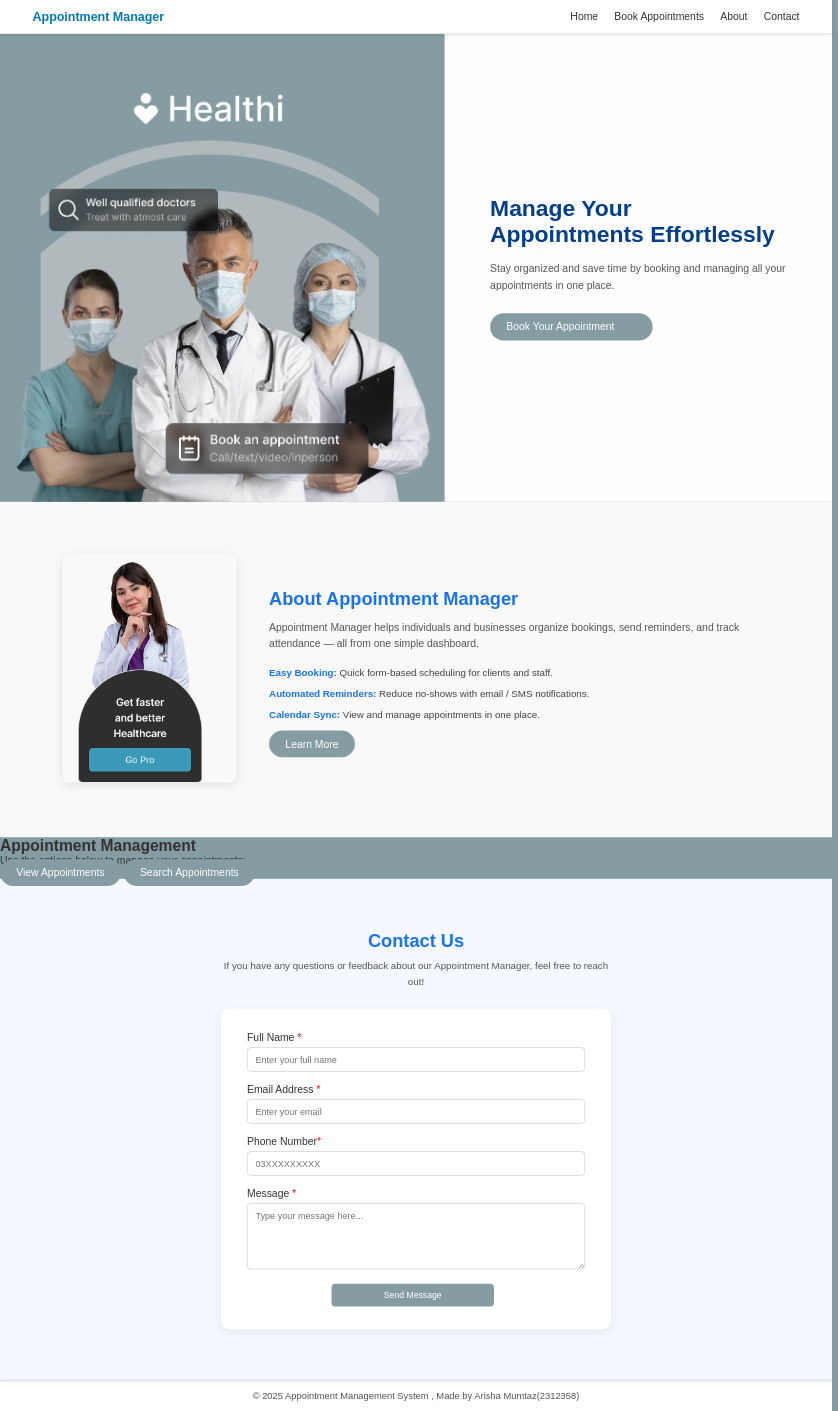
Repository: Arisha004/Hospital-Appointment-Management-System
Page: landingpage.html
The author's editor kept a copy of each file at every save. The page is drawn from the files as they stood at one save, then again after the next save.
The browser window is 1280 px wide. The page is 1280 px wide, then 1290 px, then 1280 px, so the pictures cover 1290 px, including what lies to the right of the window. The pictures show the whole page, at 65% of full size.

Above is the page before, as saved 2025-10-24 15:33:32.

### landingpage.html
<!DOCTYPE html>
<html lang="en">
<head>
  <meta charset="UTF-8">
  <meta name="viewport" content="width=device-width, initial-scale=1.0">
  <title>Appointment Management System</title>
  <link rel="stylesheet" href="style.css">
</head>
<body>
  <header class="navbar">
    <div class="logo">Appointment Manager</div>
    <nav>
      <ul>
        <li><a href="#">Home</a></li>
        <li><a href="index.php">Book Appointments</a></li>
        <li><a href="#about">About</a></li>
        <li><a href="#contact">Contact</a></li>
      </ul>
    </nav>
  </header>


  <section class="landing">
      <div class="right"></div>
    <div class="left">
      <h1>Manage Your Appointments Effortlessly</h1>
      <p>Stay organized and save time by booking and managing all your appointments in one place.</p>
      <a href="index.php" class="btn">Book Your Appointment</a>
    </div>

  </section>
  </section>


  <section id="about" class="about">
    <div class="container about-inner">
      <div class="about-image" aria-hidden="true">

        <img src="images/pic2.png" alt="" />
      </div>
      <div class="about-content">
        <h2>About Appointment Manager</h2>
        <p>Appointment Manager helps individuals and businesses organize bookings, send reminders, and track attendance — all from one simple dashboard.</p>
        <ul class="features">
          <li><strong>Easy Booking:</strong> Quick form-based scheduling for clients and staff.</li>
          <li><strong>Automated Reminders:</strong> Reduce no-shows with email / SMS notifications.</li>
          <li><strong>Calendar Sync:</strong> View and manage appointments in one place.</li>
        </ul>
        <a href="about.html" class="btn">Learn More</a>
      </div>
    </div>
  </section>
  <section>
    <div class="container1">
      <h2>Appointment Management</h2>
      <p>Use the options below to manage your appointments:</p>
      <div class="buttons">
        <a href="list.php" class="btn">View Appointments</a>
        <a href="searching.php" class="btn">Search Appointments</a>
      </div>
    </div>
  </section>

  <section id="contact" class="contact">
    <div class="container contact-inner">
      <h2>Contact Us</h2>
      <p>If you have any questions or feedback about our Appointment Manager, feel free to reach out!</p>

      <form action="insertcontactform.php" method="post" class="contact-form">
        <div class="form-group">
          <label for="name">Full Name <span>*</span></label>
          <input type="text" id="name" name="name" placeholder="Enter your full name" required pattern="[A-Za-z\s]{3,}">
        </div>

        <div class="form-group">
          <label for="email">Email Address <span>*</span></label>
          <input type="email" id="email" name="email" placeholder="Enter your email" required>
        </div>

        <div class="form-group">
          <label for="phone">Phone Number<span>*</span></label>
          <input type="tel" id="phone" name="phone" placeholder="03XXXXXXXXX" required pattern="[0-9]{11}" title="Enter 11-digit number only">
        </div>

        <div class="form-group">
          <label for="message">Message <span>*</span></label>
          <textarea id="message" name="message" rows="5" placeholder="Type your message here..." required minlength="10"></textarea>
        </div>

        <button type="submit" class="btn">Send Message</button>
      </form>
    </div>

  </section>
  <footer>
    <p>© 2025 Appointment Management System , Made by Arisha Mumtaz(2312358)</p>
  </footer>
</body>
</html>

### style.css
/* Reset and fonts */
* {
  margin: 0;
  padding: 0;
  box-sizing: border-box;
  font-family: 'Poppins', sans-serif;
}

body {
  background: #869CA3;
  color: #333;
}
/* About Section */
.about {
  background-color: #f9f9f9;
  padding: 80px 0;
}

.about-inner {
  width: 85%;
  max-width: 1100px;
  margin: 0 auto;
  display: flex;
  align-items: center;
  justify-content: space-between;
  gap: 50px;
  flex-wrap: wrap; /* makes it responsive */
}

.about-image img {
  width: 100%;
  max-width: 450px;
  border-radius: 10px;
  box-shadow: 0 4px 15px rgba(0,0,0,0.1);
}

.about-content {
  flex: 1;
  min-width: 300px;
}

.about-content h2 {
  font-size: 28px;
  color: #1a73e8;
  margin-bottom: 15px;
}

.about-content p {
  font-size: 16px;
  color: #555;
  line-height: 1.6;
  margin-bottom: 20px;
}

.features {
  list-style: none;
  padding: 0;
  margin-bottom: 25px;
}

.features li {
  margin-bottom: 10px;
  color: #444;
  font-size: 15px;
  line-height: 1.5;
}

.features strong {
  color: #1a73e8;
}


/* Contact Section */
.contact {
  background-color: #f5f9ff;
  padding: 80px 0;
}

.contact-inner {
  width: 85%;
  max-width: 600px;
  margin: 0 auto;
  text-align: center;
}

.contact h2 {
  font-size: 28px;
  color: #1a73e8;
  margin-bottom: 10px;
}

.contact p {
  color: #555;
  margin-bottom: 30px;
  font-size: 15px;
  line-height: 1.6;
}

.contact-form {
  background-color: #fff;
  padding: 35px 40px;
  border-radius: 12px;
  box-shadow: 0 4px 15px rgba(0,0,0,0.08);
  text-align: left;
}

.form-group {
  margin-bottom: 18px;
}

label {
  display: block;
  font-weight: 500;
  margin-bottom: 6px;
  color: #333;
}

label span {
  color: red;
}

input, textarea {
  width: 100%;
  padding: 10px 12px;
  border: 1px solid #ccc;
  border-radius: 6px;
  font-size: 14px;
  outline: none;
  transition: border-color 0.3s ease;
}

input:focus, textarea:focus {
  border-color: #1a73e8;
  box-shadow: 0 0 5px rgba(26,115,232,0.3);
}


.contact-form .btn {
  display: inline-block;
  background-color: #869CA3;
  color: #fff;
  padding: 10px 22px;
  border: none;
  border-radius: 6px;
  cursor: pointer;
  font-weight: 500;

  margin-left: 130px;
  transition: 0.3s;
   text-align: center;
}

.contact-form .btn:hover {
  background-color: #7498a3;
  transform: translateY(-2px);
}

/* Navbar */
.navbar {
  display: flex;
  justify-content: space-between;
  align-items: center;
  padding: 15px 50px;
  background: #fff;
  box-shadow: 0 2px 5px rgba(0,0,0,0.1);
  position: sticky;
  top: 0;
  z-index: 10;
}

.navbar .logo {
  font-weight: 700;
  font-size: 1.2rem;
  color: #0077b6;
}

.navbar ul {
  display: flex;
  list-style: none;
}

.navbar ul li a {
  text-decoration: none;
  color: #333;
  margin-left: 25px;
  transition: 0.3s;
}

.navbar ul li a:hover {
  color: #0077b6;
}

/* Split Landing Section */
.landing {
  display: flex;
  height: 100vh;
}

/* Left Text Section */
.landing .left {
  flex: 1;
  width: 50%;
  display: flex;
  flex-direction: column;
  justify-content: center;
  padding: 0 70px;
  background: #fefefe;
}

.landing .left h1 {
  font-size: 2.2rem;
  color: #023e8a;
  margin-bottom: 20px;
}

.landing .left p {
  font-size: 1rem;
  color: #555;
  margin-bottom: 30px;
  line-height: 1.6;
}

.btn {
  background: #869CA3;
  color: #fff;
  padding: 12px 25px;
  border-radius: 30px;
  text-decoration: none;
  font-weight: 300;
  transition: 0.3s;
  width: 250px;
}

.btn:hover {
  background: #7498a3;
}

/* Right Image Section */
.landing .right {
  flex: 1.5;
  background:url(images/pic1.png);
  background-repeat: no-repeat;
  background-size: cover;
  position: relative;
}

.landing .right::after {
  content: "";
  position: absolute;
  inset: 0;
}

/* Footer */
footer {
  text-align: center;
  padding: 15px;
  background: #fff;
  box-shadow: 0 -2px 5px rgba(0,0,0,0.1);
  font-size: 0.9rem;
  color: #555;
}

### style2.css

  .container1 { width: 50%; margin: 40px auto; background: #fff; padding: 20px; border-radius: 8px; box-shadow: 0 0 10px rgba(0,0,0,0.1); }
  h2 { text-align: center; color: #007bff; }
  label { font-weight: bold; display: block; margin-bottom: 5px; }
  input, select, textarea {
      width: 100%;
      padding: 8px;
      margin-bottom: 15px;
      border: 1px solid #ccc;
      border-radius: 5px;
  }

  button{

  display: inline-block;
  background-color: #869CA3;
  color: #fff;
  padding: 10px 22px;
  border: none;
  border-radius: 6px;
  cursor: pointer;
  font-weight: 500;

  transition: 0.3s;
   text-align: center;
}

button:hover {
  background-color: #7498a3;
  transform: translateY(-2px);
}

  input[type=submit] {
      background-color: #007bff;
      color: white;
      border: none;
      padding: 10px 15px;
      cursor: pointer;
      border-radius: 5px;
  }
  input[type=submit]:hover {
      background-color: #0056b3;
  }
  select[name="status"] {
    background-color: #f8f9fa;
    color: #495057;
    padding: 8px;
    margin-bottom: 15px;
    border: 1px solid #ced4da;
    border-radius: 5px;
    width: 100%;
}

select[name="status"] option[value="Pending"] { color: #ffc107; }
select[name="status"] option[value="Confirmed"] { color: #28a745; }
select[name="status"] option[value="Cancelled"] { color: #dc3545; }
select[name="status"] option[value="Completed"] { color: #17a2b8; }

After the next save:
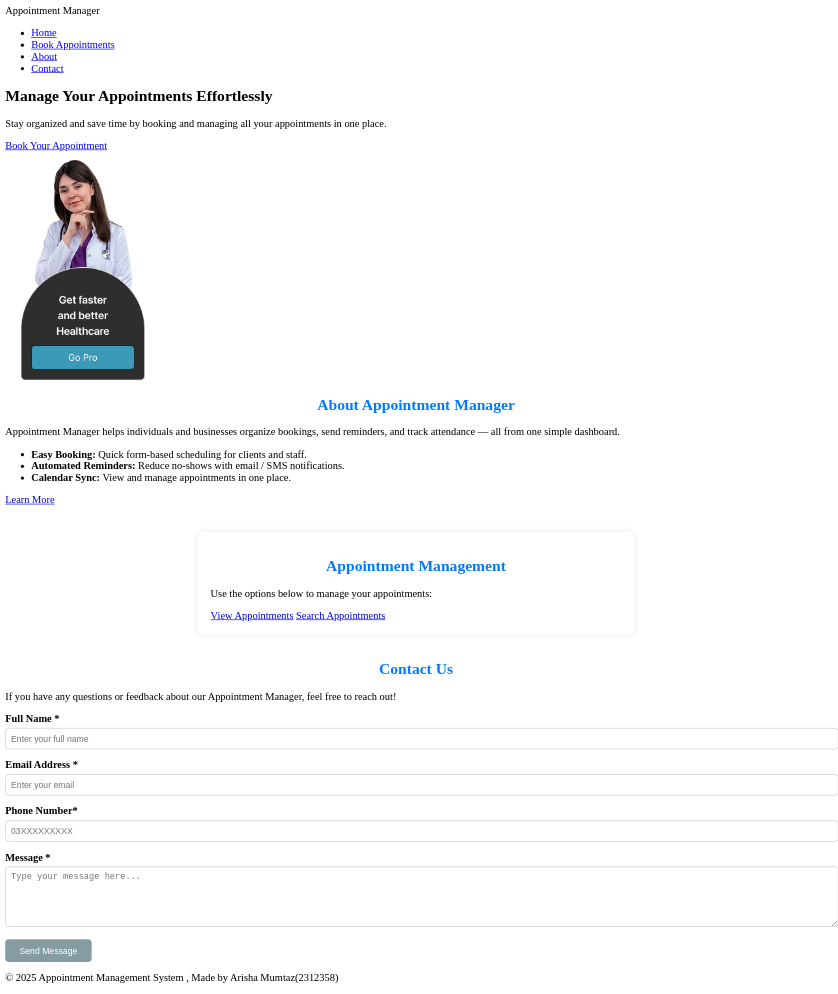
Saved 5 s later.
--- a/landingpage.html
+++ b/landingpage.html
@@ -4,7 +4,7 @@
   <meta charset="UTF-8">
   <meta name="viewport" content="width=device-width, initial-scale=1.0">
   <title>Appointment Management System</title>
-  <link rel="stylesheet" href="style.css">
+  <link rel="stylesheet" href="style2.css">
 </head>
 <body>
   <header class="navbar">

After the save that followed:
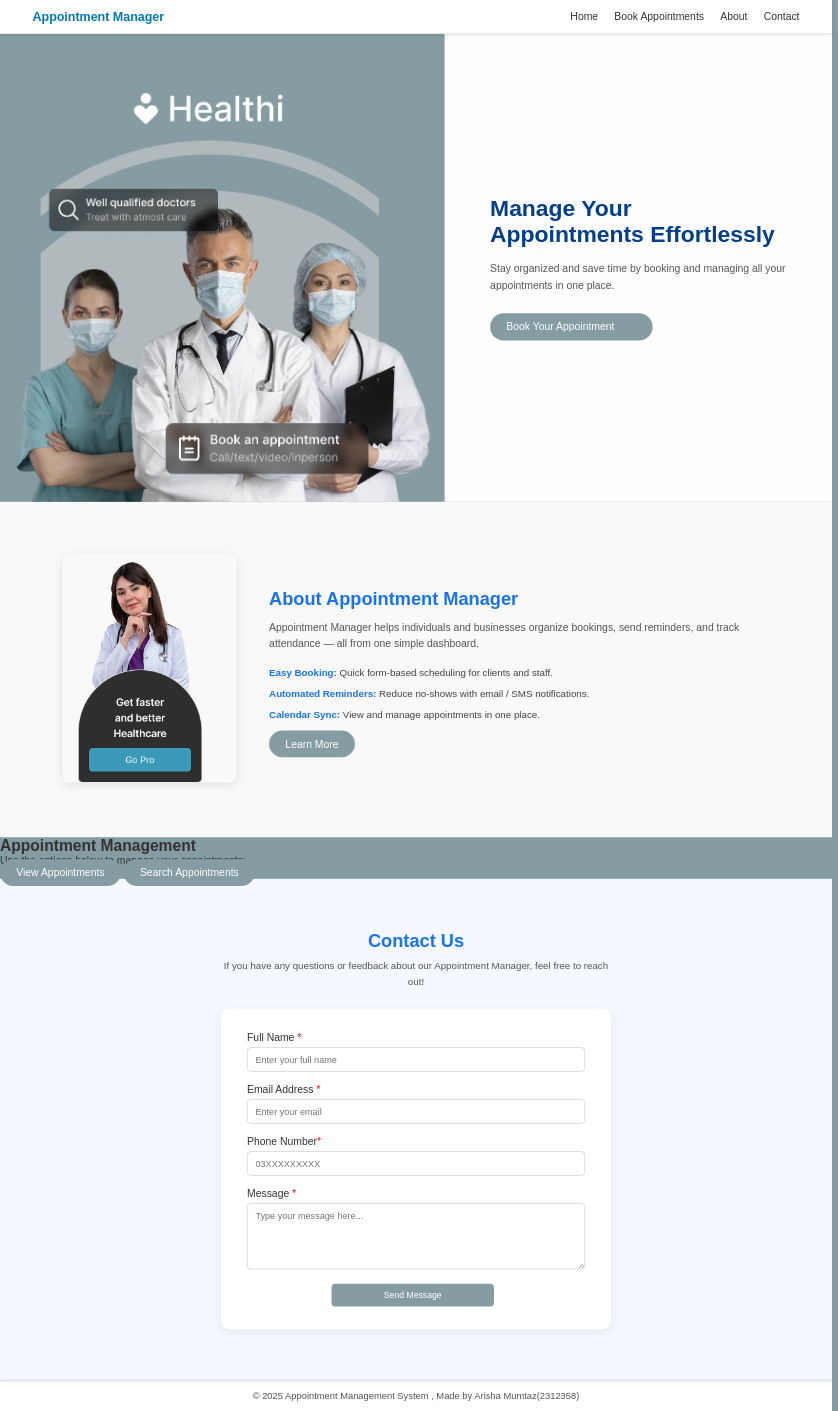
Saved 5 s later.
--- a/landingpage.html
+++ b/landingpage.html
@@ -4,7 +4,7 @@
   <meta charset="UTF-8">
   <meta name="viewport" content="width=device-width, initial-scale=1.0">
   <title>Appointment Management System</title>
-  <link rel="stylesheet" href="style2.css">
+  <link rel="stylesheet" href="style.css">
 </head>
 <body>
   <header class="navbar">
